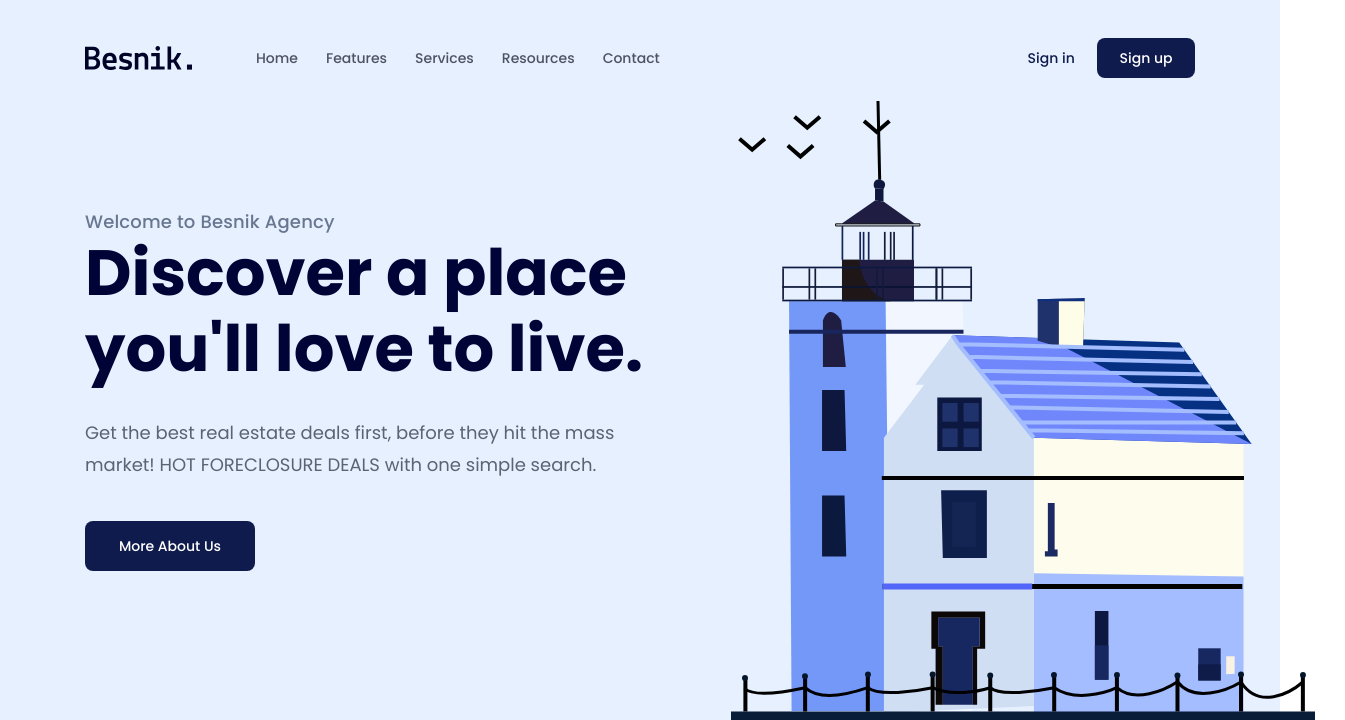
Repository: vancong171001/f8-html-css-01
Page: index.html
The author's editor kept a copy of each file at every save. The page is drawn from the files as they stood at one save, then again after the next save.
The browser window is 1280 px wide. The page is 1315 px wide, then 1345 px, then 1315 px, so the pictures cover 1345 px, including what lies to the right of the window. The pictures show the whole page.

Above is the page before, as saved 2025-02-20 10:33:26.

After the next save:
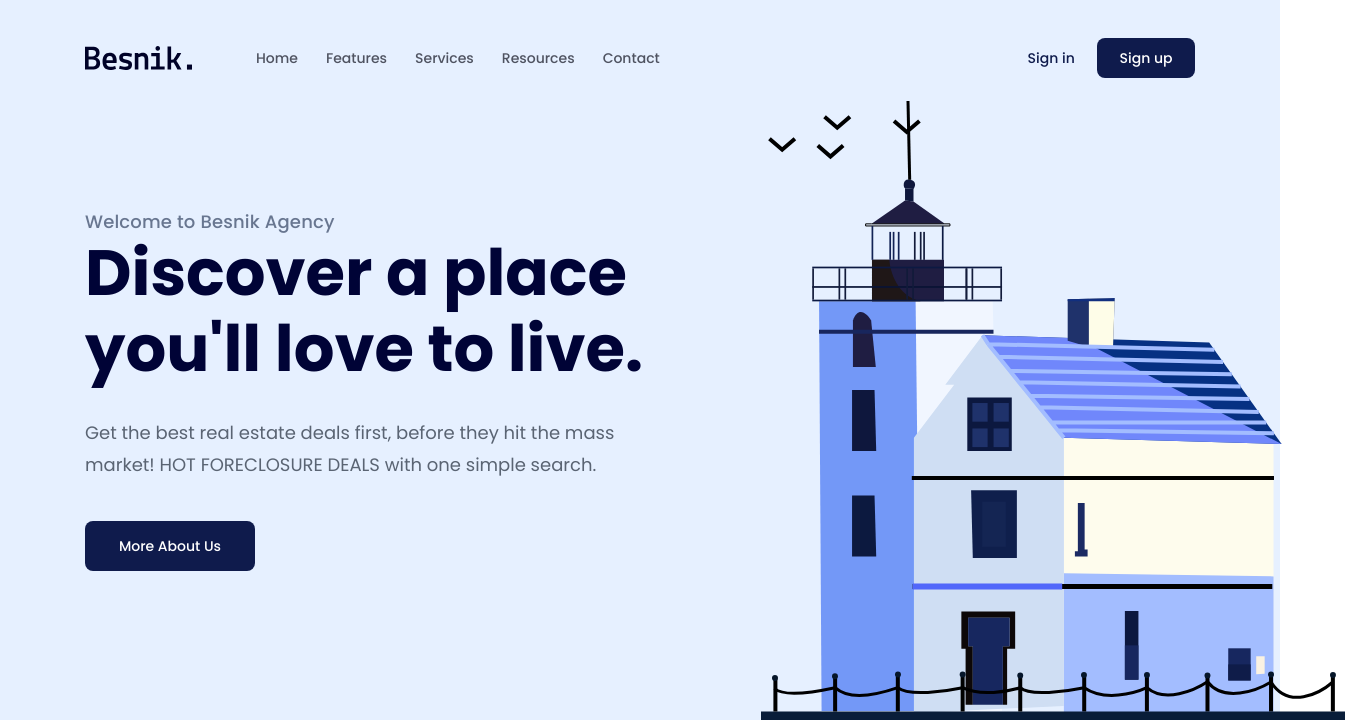
Saved 9 s later.
--- a/assets/css/styles.css
+++ b/assets/css/styles.css
@@ -125,6 +125,6 @@
 
 .hero-img {
   position: absolute;
-  right: calc((100vw - 1110px) / 2 - 120px);
+  right: calc((100vw - 1110px) / 2 - 150px);
   bottom: 0;
 }

After the save that followed:
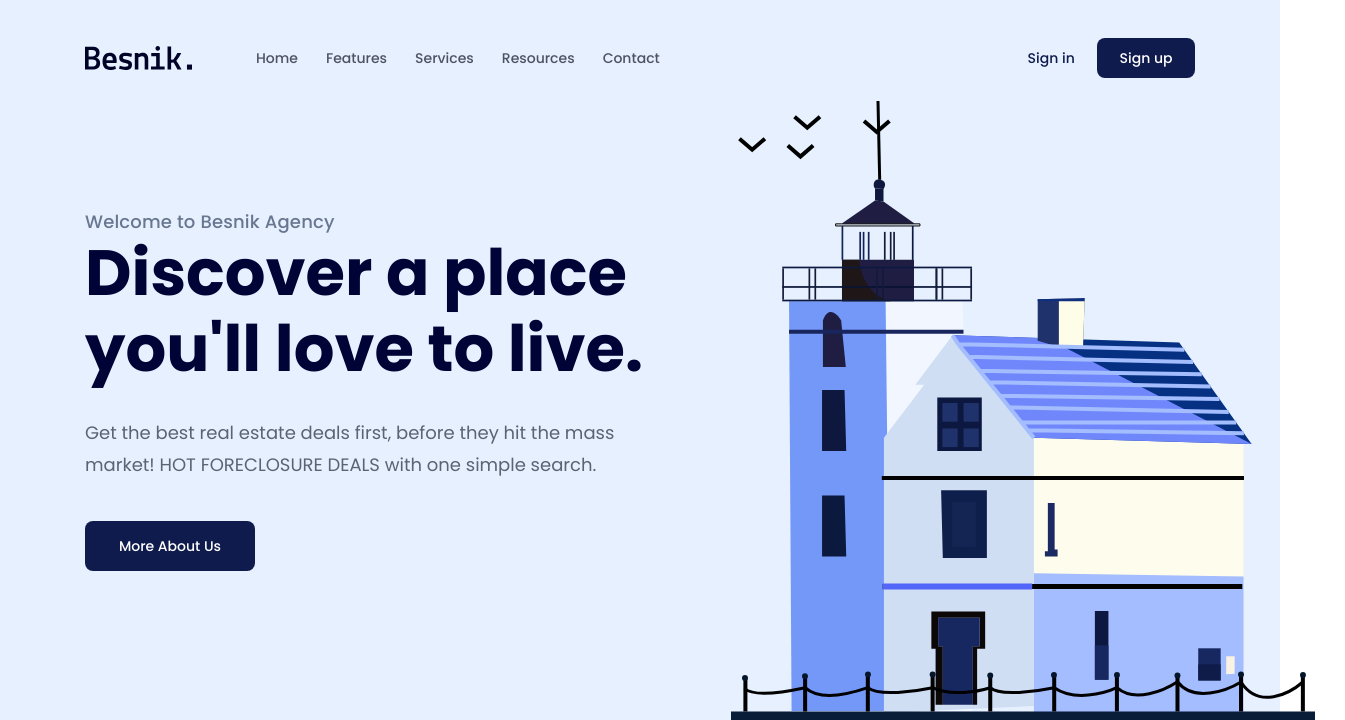
Saved 12 s later.
--- a/assets/css/styles.css
+++ b/assets/css/styles.css
@@ -125,6 +125,6 @@
 
 .hero-img {
   position: absolute;
-  right: calc((100vw - 1110px) / 2 - 150px);
+  right: calc((100vw - 1110px) / 2 - 120px);
   bottom: 0;
 }
